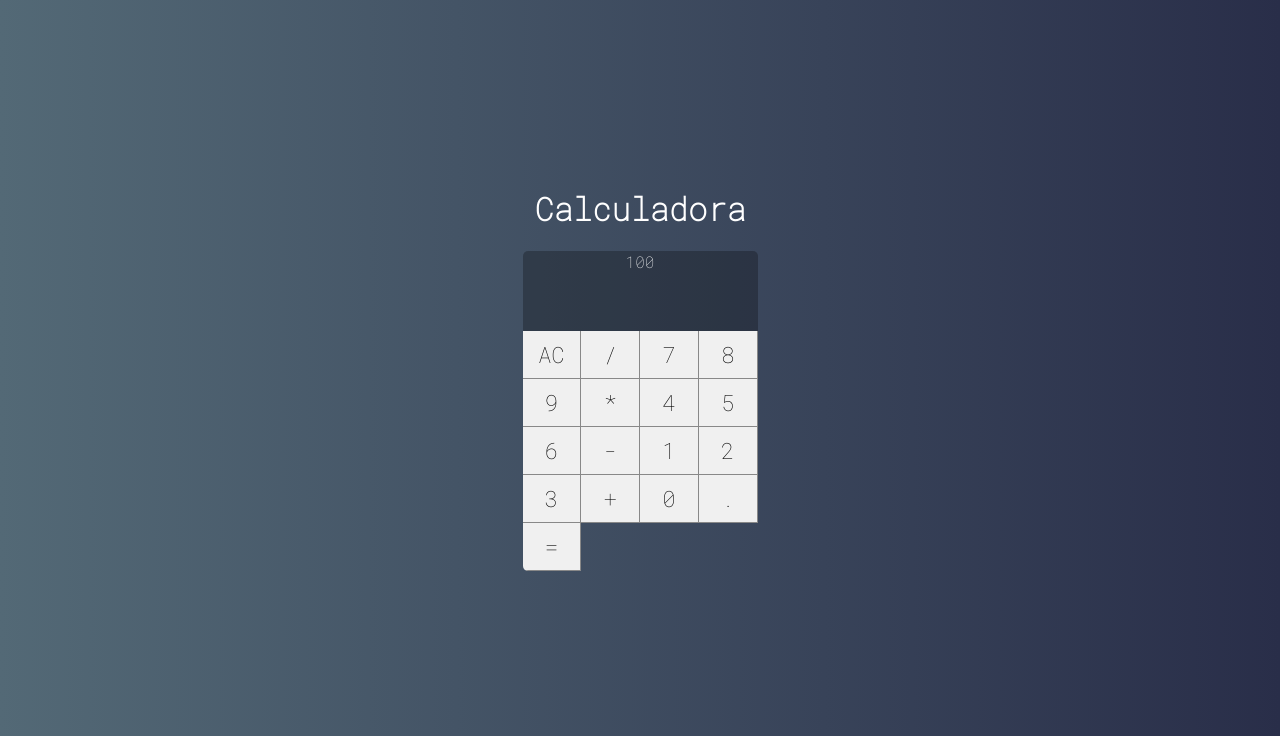
Repository: jean-siqueira/react-calculadora
Page: /
An editor plug-in stored every save of this project. The page is shown before and after the next save, followed by the edit.
The browser window is 1280 px wide. The pictures show the whole page.
The project was rebuilt for these pictures with package versions that can differ from the ones it lists, and the page was loaded fresh each time.

Above is the page before, as saved 2023-03-25 12:30:40.

### src/index.js
import React from "react";
import ReactDOM from "react-dom/client";
import "./index.css";
import Calculator from "./main/Calculator";
import reportWebVitals from "./reportWebVitals";

const root = ReactDOM.createRoot(document.getElementById("root"));
root.render(
  <React.StrictMode>
    <div>
      <h1>Calculadora</h1>
      <Calculator />
    </div>
  </React.StrictMode>
);

// If you want to start measuring performance in your app, pass a function
// to log results (for example: reportWebVitals(console.log))
// or send to an analytics endpoint. Learn more: https://bit.ly/CRA-vitals
reportWebVitals();

### src/index.css
@font-face {
  font-family: 'RobotoMono';
  src: url('./fonts/RobotoMono-Thin.ttf');
}

* {
  font-family: 'RobotoMono', monospace;
}

body {
  display: flex;
  height: 100vh;
  justify-content: center;
  align-items: center;
  text-align: center;
  color: #fff;
  background: linear-gradient(to right, rgb(83, 105, 118), rgb(41, 46, 73));
}

### src/main/Calculator.jsx
import React, {Component} from "react";
import './Calculator.css'
import Button from "../components/Button";
import Display from "../components/Display";

export default class Calculator extends Component {

    render() {
        return (
            <div className="calculator">
                <Display value={100}/>
                <Button label="AC"/>
                <Button label="/"/>
                <Button label="7"/>
                <Button label="8"/>
                <Button label="9"/>
                <Button label="*"/>
                <Button label="4"/>
                <Button label="5"/>
                <Button label="6"/>
                <Button label="-"/>
                <Button label="1"/>
                <Button label="2"/>
                <Button label="3"/>
                <Button label="+"/>
                <Button label="0"/>
                <Button label="."/>
                <Button label="="/>
            </div>
        )
    }

}

### src/components/Button.jsx
import React from "react";
import './Button.css'

export default props =>
    <button className="button">{props.label}</button>

### src/components/Display.jsx
import React from "react";
import './Display.css';

export default props =>
    <div className="display">{props.value}</div>

### src/components/Button.css
:root {
    --bg-button: #f0f0f0;
    --border-button: solid 1px #888
}

.button {
    font-size: 1.4em;
    background-color: var(--bg-button);
    border: none;
    border-right: var(--border-button);
    border-bottom: var(--border-button);
    outline: none;
}

### src/components/Display.css
.display {
    grid-column: span 4;
    background-color: #0004;
}

Loaded but not shown: public/index.html (common file); src/reportWebVitals.js (common file); src/main/Calculator.css (common file)

After the next save:
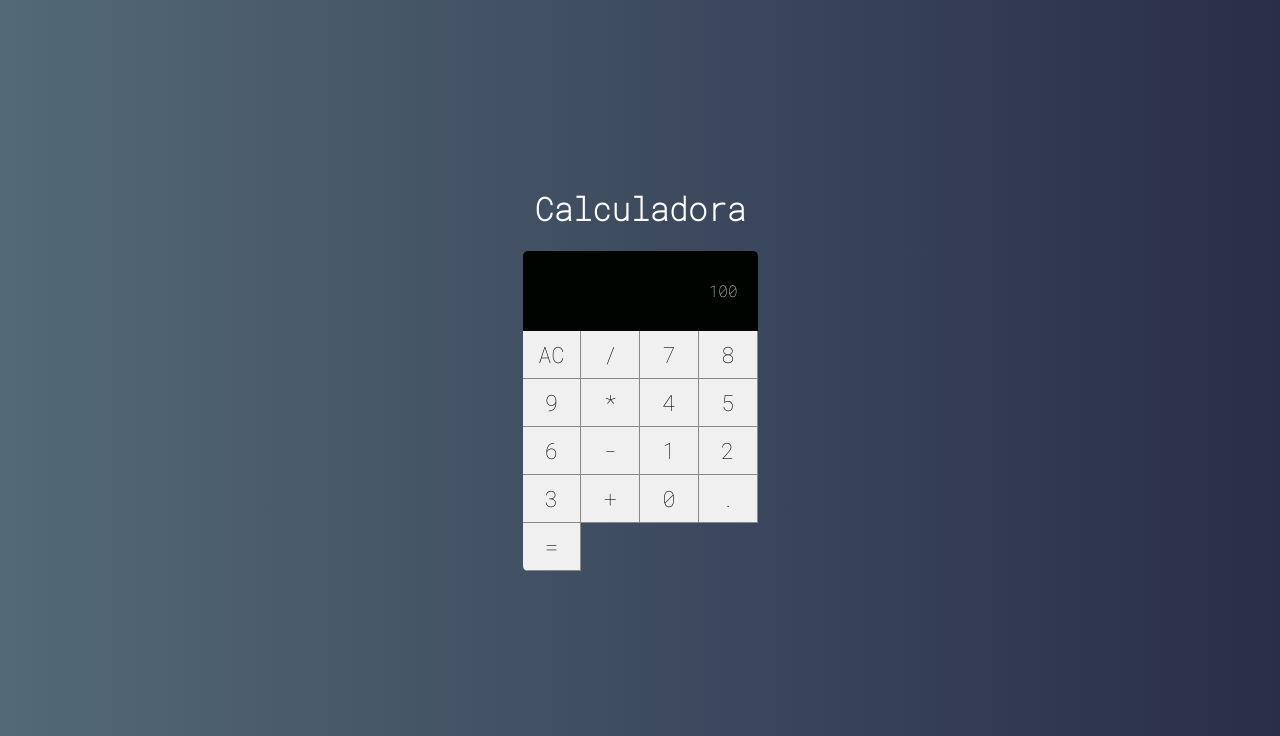
Saved 45 s later.
--- a/src/components/Display.css
+++ b/src/components/Display.css
@@ -1,4 +1,9 @@
 .display {
     grid-column: span 4;
-    background-color: #0004;
+    background-color: #000400;
+
+    display: flex;
+    justify-content: flex-end;
+    align-items: center;
+    padding: 20px;
 }

After the save that followed:
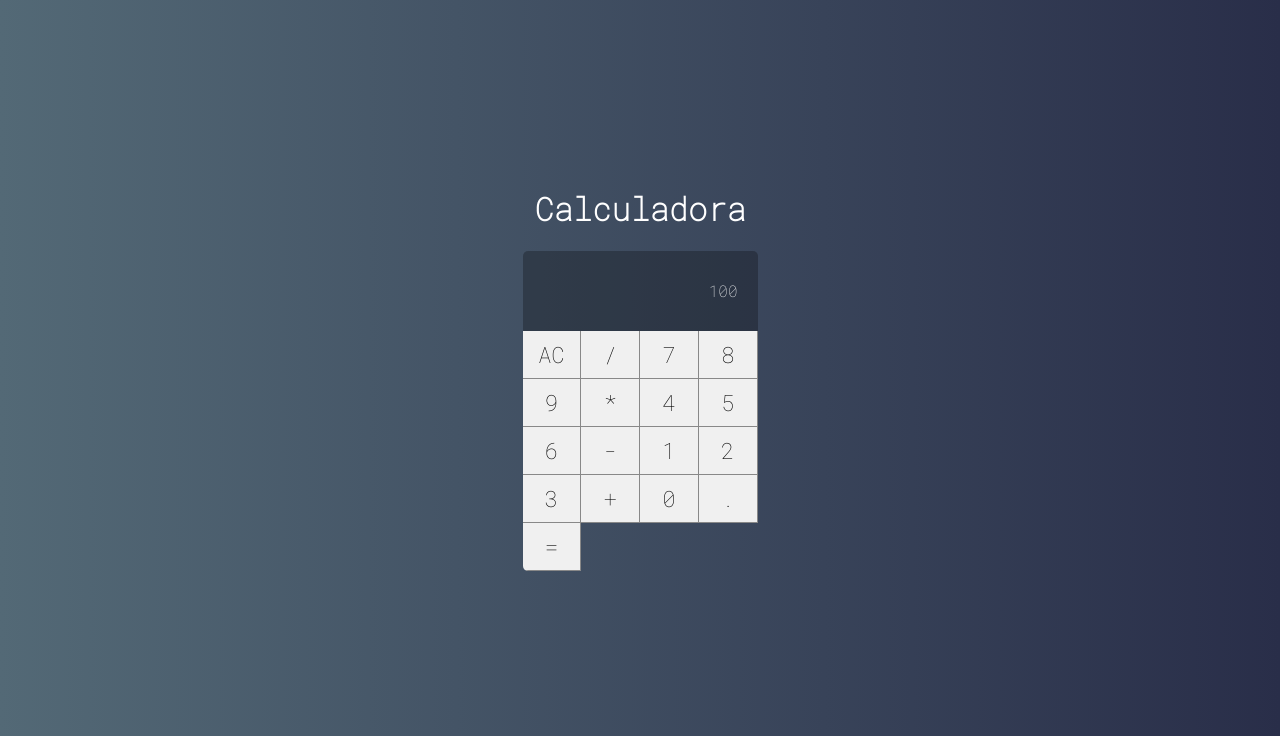
Saved 6 s later.
--- a/src/components/Display.css
+++ b/src/components/Display.css
@@ -1,6 +1,6 @@
 .display {
     grid-column: span 4;
-    background-color: #000400;
+    background-color: #0004;
 
     display: flex;
     justify-content: flex-end;
